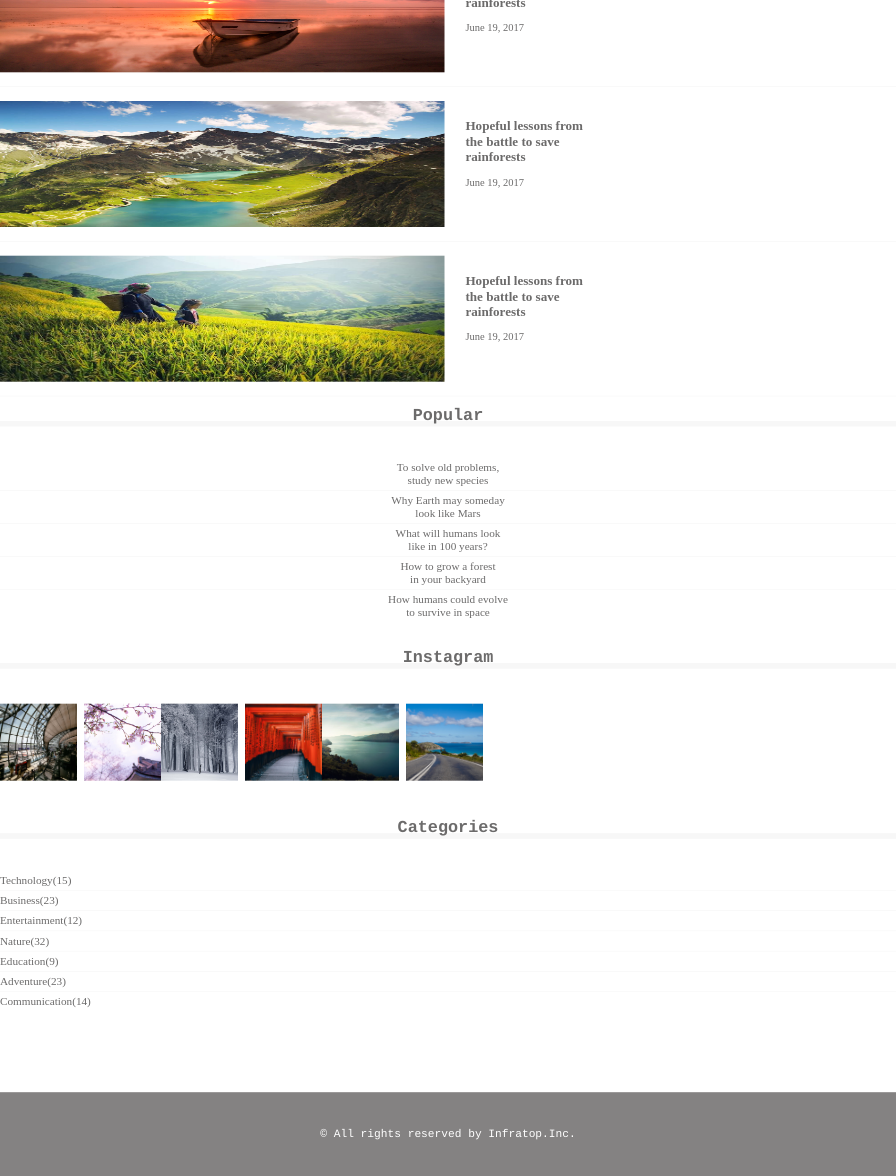
Repository: t-sato-infratop/environment
Page: caravan/index.html
The author's editor kept a record of every edit. The page is drawn from the files as they stood at one moment, then again after the next edit.
The browser window is 1280 px wide. The pictures show the part of the page from y = 1066 to 2986 px (the page is 2746 px tall before and 2986 px after), at 70% of full size.

Above is the page before.

After the next edit:
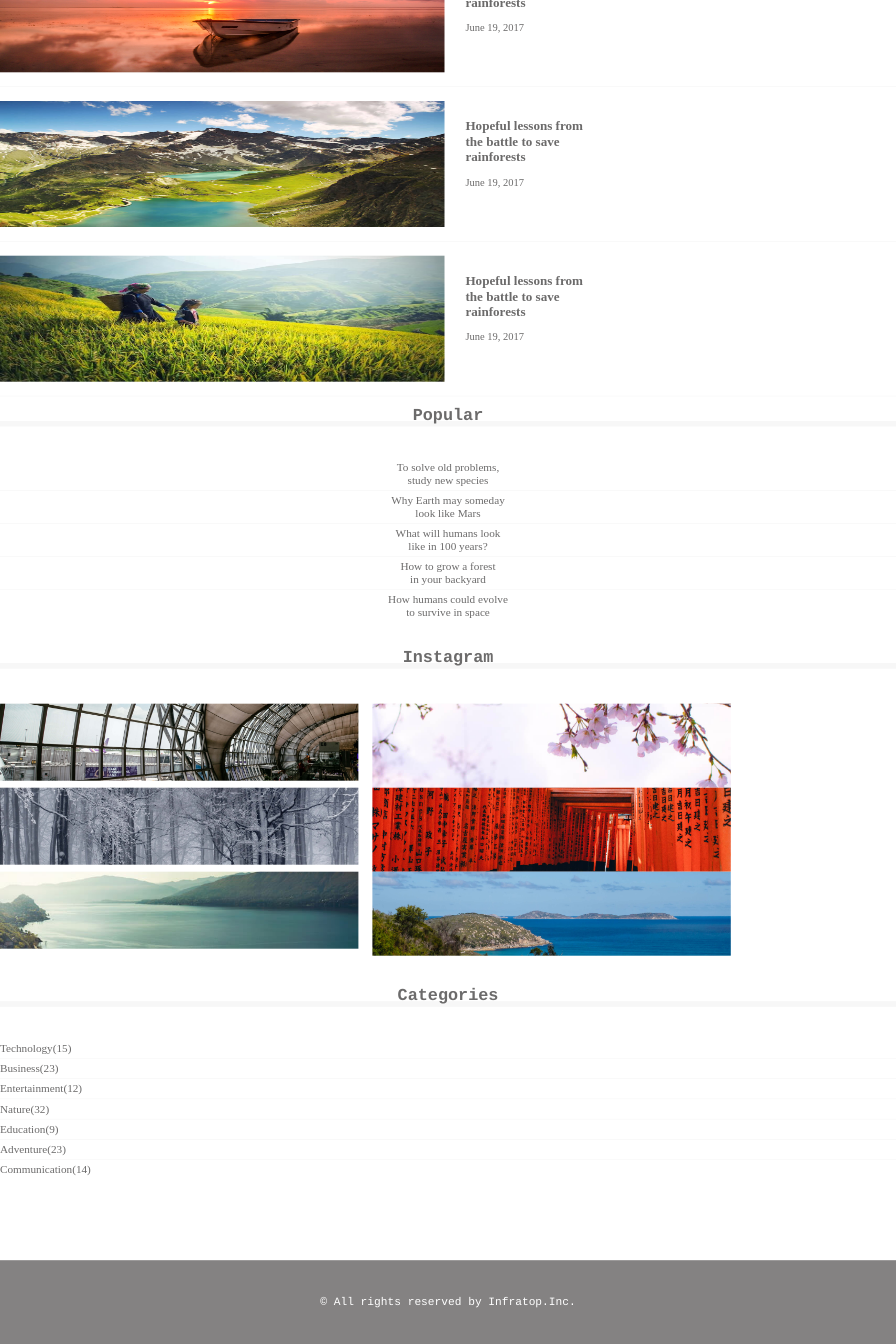
The edit:
--- a/caravan/style.css
+++ b/caravan/style.css
@@ -289,3 +289,8 @@
 .popular-text {
   text-align: center;
 }
+
+.instagram-box {
+  width: 40%;
+  margin: 0 10px 0 10px;
+}
